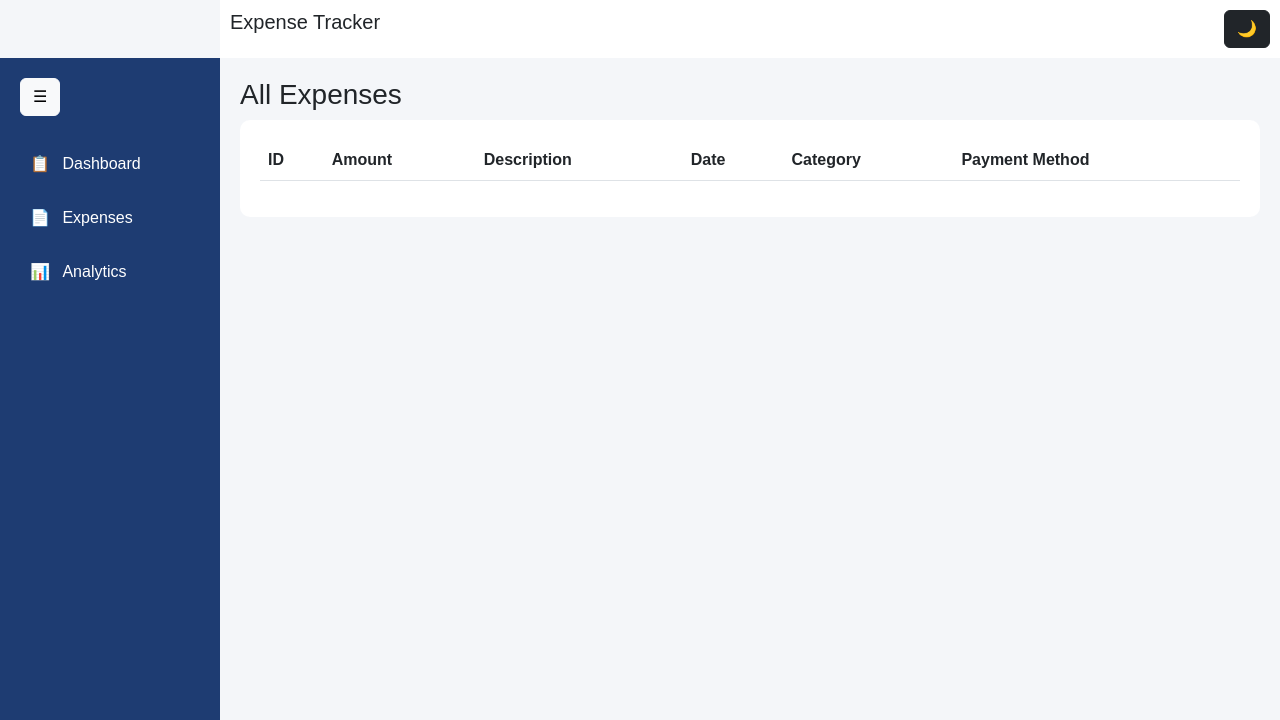
Repository: TejasChoudhary1996/expense-microservices
Page: http://localhost/ui-service/WEB-INF/jsp/pages/expenses.jsp
These files come from the project's save history. The page is drawn as it stood at one moment and after the next save; the edit follows.
The browser window is 1280 px wide. The pictures show the whole page.
The page is served by Tomcat 10. Nobody is signed in. Other server files are loaded and not shown. The template is opened directly, without the code that normally fills it, so the values that code supplies are empty.

Above is the page before, as saved 2026-03-27 19:43:17.

### ui-service/src/main/webapp/WEB-INF/jsp/pages/expenses.jsp
<%@ page contentType="text/html; charset=UTF-8" pageEncoding="UTF-8"%>
<%@ include file="../layout/header.jsp" %>
<%@ include file="../layout/sidebar.jsp" %>

<div class="content">

<h3>All Expenses</h3>

<div class="card-box">
<table class="table">
<tr>
<th>ID</th>
<th>Amount</th>
<th>Description</th>
<th>Date</th>
<th>Category</th>
<th>Payment Method</th>
</tr>

<c:forEach var="e" items="${expenses}">
<tr>
<td>${e.id}</td>
<td>&#8377; ${e.amount}</td>
<td>${e.description}</td>
<td>${e.date}</td>
<td>${e.category}</td>
<td>${e.paymentMethod}</td>
</tr>
</c:forEach>

</table>
</div>

</div>

</body>
</html>

### ui-service/src/main/webapp/WEB-INF/jsp/layout/header.jsp
<%@ page contentType="text/html; charset=UTF-8" pageEncoding="UTF-8"%>

<!DOCTYPE html>
<html>
<head>

<meta charset="UTF-8">
<meta name="viewport" content="width=device-width, initial-scale=1">

<title>Expense Tracker</title>

<link href="https://cdn.jsdelivr.net/npm/bootstrap@5.3.0/dist/css/bootstrap.min.css" rel="stylesheet">
<script src="https://cdn.jsdelivr.net/npm/chart.js"></script>
<script src="https://cdn.jsdelivr.net/npm/bootstrap@5.3.0/dist/js/bootstrap.bundle.min.js"></script>
<%@ taglib prefix="c" uri="jakarta.tags.core"%>

<style>
body {
    margin: 0;
    font-family: 'Poppins', sans-serif;
    background: #f4f6f9;
}

/* Sidebar */
.sidebar {
    width: 220px;
    height: 100vh;
    background: #1e3c72;
    color: white;
    position: fixed;
    padding: 20px;
}

/* Content */
.content {
    margin-left: 220px;
    padding: 20px;
}

/* Cards */
.card-box {
    background: white;
    padding: 20px;
    border-radius: 10px;
    margin-bottom: 20px;
}

/* Buttons */
.btn-primary {
    background: #ff7a18;
    border: none;
}

canvas {
    max-height: 300px !important;
}
/* COLLAPSED SIDEBAR */
.sidebar.collapsed {
    width: 70px;
}

.sidebar.collapsed span {
    display: none;
}

/* CONTENT SHIFT */
.content {
    margin-left: 220px;
    transition: all 0.3s;
}

.content.expanded {
    margin-left: 70px;
}

/* DARK MODE */
body.dark {
    background: #121212;
    color: white;
}

body.dark .card-box {
    background: #1e1e1e;
    color: white;
}

body.dark .sidebar {
    background: #000;
}

body.dark input,
body.dark select {
    background: #2c2c2c;
    color: white;
    border: none;
}

/* Sidebar links FIX */
.sidebar a {
    display: block;          /* 🔥 KEY FIX */
    padding: 10px;
    margin: 10px 0;
    color: white;
    text-decoration: none;
    border-radius: 8px;
}

/* Hover */
.sidebar a:hover {
    background: rgba(255,255,255,0.1);
}

/* Active */
.sidebar a.active {
    background: #ff7a18;
    color: white;
}

/* Align icon + text */
.sidebar a span {
    margin-left: 8px;
}
</style>

<script>
function toggleSidebar() {
    document.querySelector(".sidebar").classList.toggle("collapsed");
}

function toggleTheme() {
    document.body.classList.toggle("dark");
}
</script>

</head>

<body>

<!-- HEADER BAR -->
<div style="margin-left:220px; padding:10px; background:white; display:flex; justify-content:space-between;">
    <h5>Expense Tracker</h5>
    <button onclick="toggleTheme()" class="btn btn-dark">🌙</button>
</div>

### ui-service/src/main/webapp/WEB-INF/jsp/layout/sidebar.jsp
<%@ page contentType="text/html; charset=UTF-8" pageEncoding="UTF-8"%>
<script>
function toggleSidebar() {
    document.querySelector(".sidebar").classList.toggle("collapsed");
    document.querySelector(".content").classList.toggle("expanded");
}
</script>
<div class="sidebar">

    <button onclick="toggleSidebar()" class="btn btn-light mb-3">☰</button>

  <a href="/" class="menu-item ${page == 'dashboard' ? 'active' : ''}">
        📋 <span>Dashboard</span>
    </a>

    <a href="/expenses" class="menu-item ${page == 'expenses' ? 'active' : ''}">
        📄 <span>Expenses</span>
    </a>

    <a href="/analytics" class="menu-item ${page == 'analytics' ? 'active' : ''}">
        📊 <span>Analytics</span>
    </a>

</div>

After the next save:
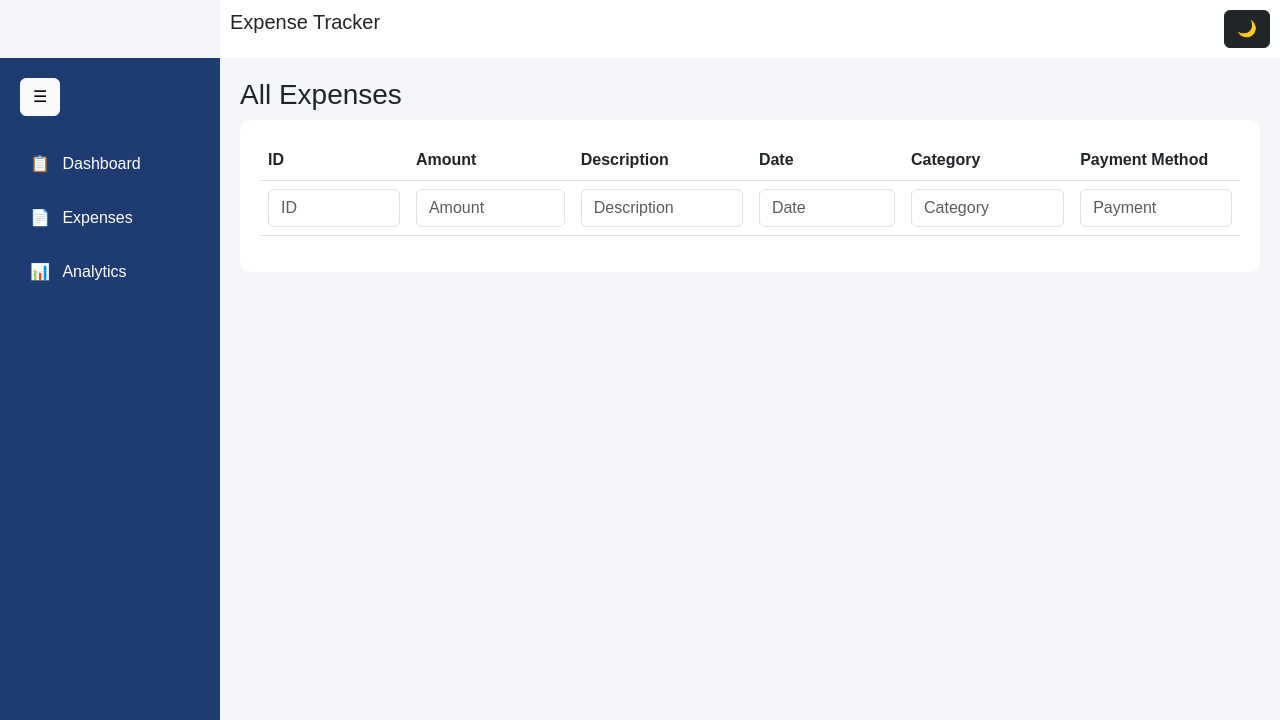
Saved 2 min 45 s later.
--- a/ui-service/src/main/webapp/WEB-INF/jsp/pages/expenses.jsp
+++ b/ui-service/src/main/webapp/WEB-INF/jsp/pages/expenses.jsp
@@ -1,13 +1,36 @@
 <%@ page contentType="text/html; charset=UTF-8" pageEncoding="UTF-8"%>
 <%@ include file="../layout/header.jsp" %>
 <%@ include file="../layout/sidebar.jsp" %>
+<script>
+document.querySelectorAll(".filter").forEach(input => {
+    input.addEventListener("keyup", function () {
+        let filters = document.querySelectorAll(".filter");
+        let rows = document.querySelectorAll("tbody tr");
 
+        rows.forEach(row => {
+            let show = true;
+
+            filters.forEach((filter, index) => {
+                let val = filter.value.toLowerCase();
+                let cell = row.cells[index].innerText.toLowerCase();
+
+                if (val && !cell.includes(val)) {
+                    show = false;
+                }
+            });
+
+            row.style.display = show ? "" : "none";
+        });
+    });
+});
+</script>
 <div class="content">
 
 <h3>All Expenses</h3>
 
 <div class="card-box">
 <table class="table">
+<thead>
 <tr>
 <th>ID</th>
 <th>Amount</th>
@@ -17,6 +40,18 @@
 <th>Payment Method</th>
 </tr>
 
+<!-- FILTER ROW -->
+<tr>
+<th><input type="text" class="form-control filter" data-col="0" placeholder="ID"></th>
+<th><input type="text" class="form-control filter" data-col="1" placeholder="Amount"></th>
+<th><input type="text" class="form-control filter" data-col="2" placeholder="Description"></th>
+<th><input type="text" class="form-control filter" data-col="3" placeholder="Date"></th>
+<th><input type="text" class="form-control filter" data-col="4" placeholder="Category"></th>
+<th><input type="text" class="form-control filter" data-col="5" placeholder="Payment"></th>
+</tr>
+</thead>
+
+<tbody>
 <c:forEach var="e" items="${expenses}">
 <tr>
 <td>${e.id}</td>
@@ -27,7 +62,7 @@
 <td>${e.paymentMethod}</td>
 </tr>
 </c:forEach>
-
+</tbody>
 </table>
 </div>
 
